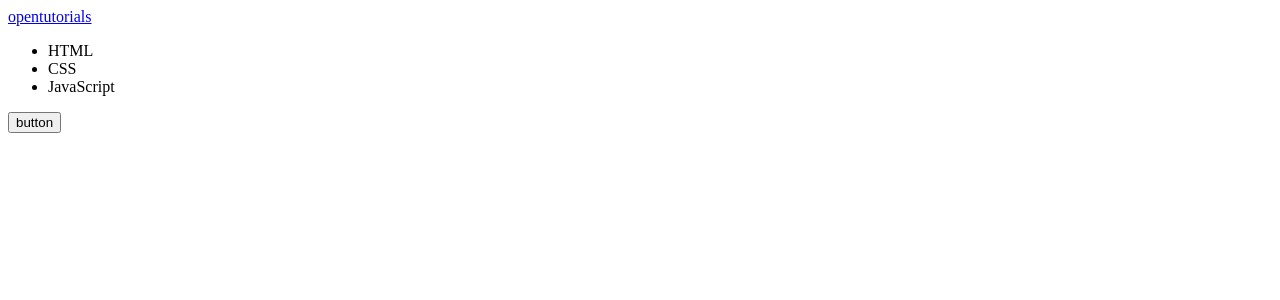
Repository: letzbegin/Study
Page: http://localhost/Javascript/DOM/Ex_07.jsp
These files come from the project's save history. The page is drawn as it stood at one moment and after the next save; the edit follows.
The browser window is 1280 px wide. The pictures show the whole page.
The page is served by Tomcat 9.

Above is the page before, as saved 2018-09-16 11:20:29.

### web_javascript/Javascript/WebContent/DOM/Ex_07.jsp
<%@ page language="java" contentType="text/html; charset=UTF-8"
    pageEncoding="UTF-8"%>
<!DOCTYPE html PUBLIC "-//W3C//DTD HTML 4.01 Transitional//EN" "http://www.w3.org/TR/html4/loose.dtd">
<html>
<head>
<meta http-equiv="Content-Type" content="text/html; charset=UTF-8">
<title>HTMLelement</title>
</head>
<body>
<a id="anchor" href="http://opentutorials.org">opentutorials</a>
<ul>
    <li>HTML</li>
    <li>CSS</li>
    <li id="list">JavaScript</li>
</ul>
<input type="button" id="button" value="button" />
</body>
<script>
    var target = document.getElementById('list');
    console.log(target.constructor.name);

    var target = document.getElementById('anchor');
    console.log(target.constructor.name);

    var target = document.getElementById('button');
    console.log(target.constructor.name);
</script>
</html>

After the next save:
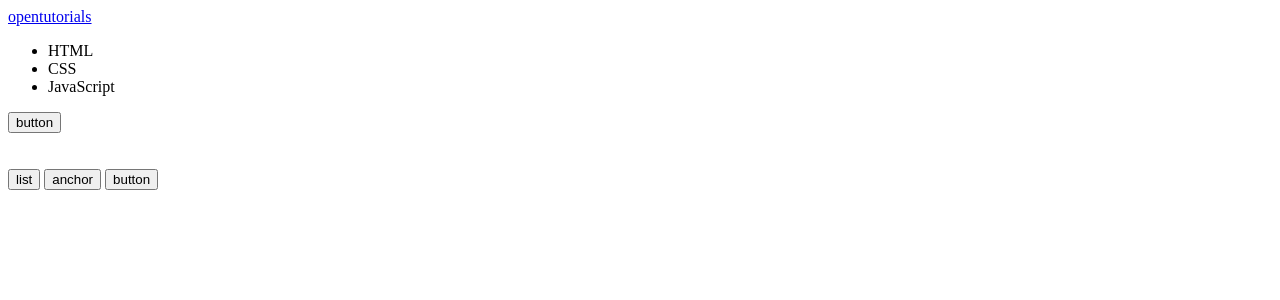
Console error: SyntaxError: Unexpected identifier 'anchor'
Saved 2 min 24 s later.
--- a/web_javascript/Javascript/WebContent/DOM/Ex_07.jsp
+++ b/web_javascript/Javascript/WebContent/DOM/Ex_07.jsp
@@ -14,12 +14,22 @@
     <li id="list">JavaScript</li>
 </ul>
 <input type="button" id="button" value="button" />
+<br>
+<br>
+<br>
+<input type="button" value="list" onclick="list()">
+<input type="button" value="anchor" onclick="anchor()">
+<input type="button" value="button" onclick="button()">
 </body>
 <script>
+function list(){
     var target = document.getElementById('list');
-    console.log(target.constructor.name);
-
+    alert(target.constructor.name);
+}
+fucntion anchor(){
     var target = document.getElementById('anchor');
+	alert(targer.constructor.name);
+}
     console.log(target.constructor.name);
 
     var target = document.getElementById('button');

After the 5 saves that followed:
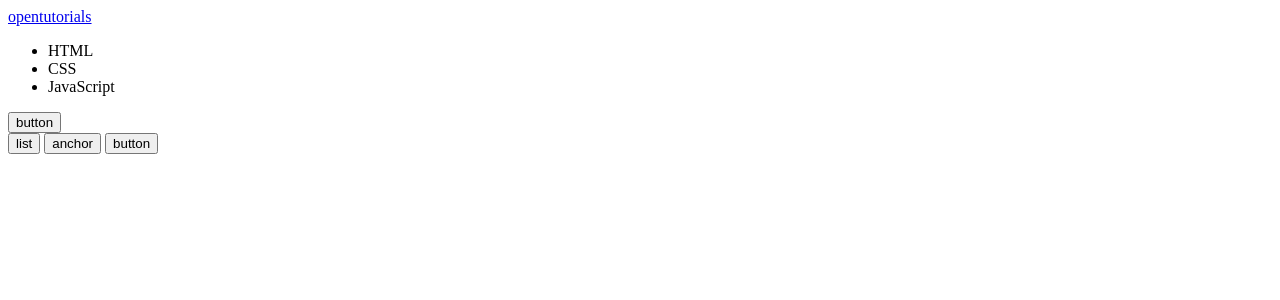
The error is gone.
The 5 saves are shown as one change because 4 left the picture as it was.
The last was saved 4 min 44 s later.
--- a/web_javascript/Javascript/WebContent/DOM/Ex_07.jsp
+++ b/web_javascript/Javascript/WebContent/DOM/Ex_07.jsp
@@ -15,24 +15,23 @@
 </ul>
 <input type="button" id="button" value="button" />
 <br>
-<br>
-<br>
 <input type="button" value="list" onclick="list()">
 <input type="button" value="anchor" onclick="anchor()">
 <input type="button" value="button" onclick="button()">
 </body>
 <script>
 function list(){
-    var target = document.getElementById('list');
-    alert(target.constructor.name);
-}
-fucntion anchor(){
+    var list = document.getElementById('list');
+    alert(list.constructor.name);
+};
+
+function anchor(){
     var target = document.getElementById('anchor');
 	alert(targer.constructor.name);
-}
-    console.log(target.constructor.name);
-
+};
+function button(){
     var target = document.getElementById('button');
-    console.log(target.constructor.name);
+	alert(targer.constructor.name);
+};
 </script>
 </html>
